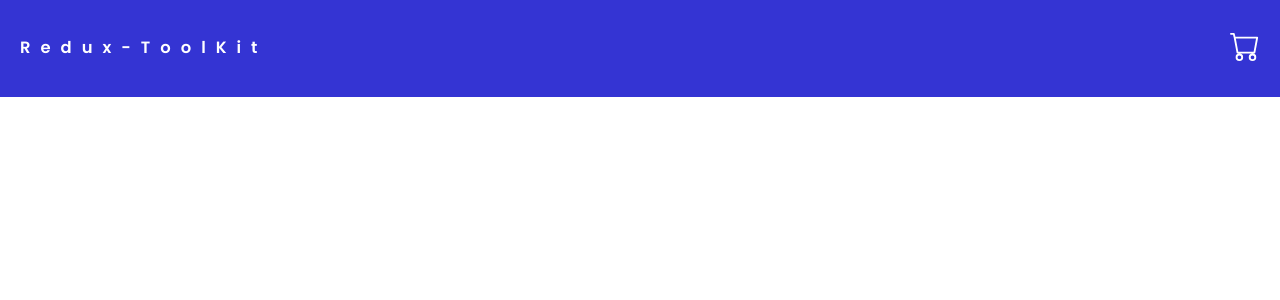
Repository: OmniaRafat232111121/shoppingCart
Page: /
These files come from the project's save history. The page is drawn as it stood at one moment and after the next save; the edit follows.
The browser window is 1280 px wide. The pictures show the whole page.
The project was rebuilt for these pictures with package versions that can differ from the ones it lists, and the page was loaded fresh each time. Also part of the build but not shown: src/App.css.

Above is the page before, as saved 2023-02-07 01:49:11.

After the next save:
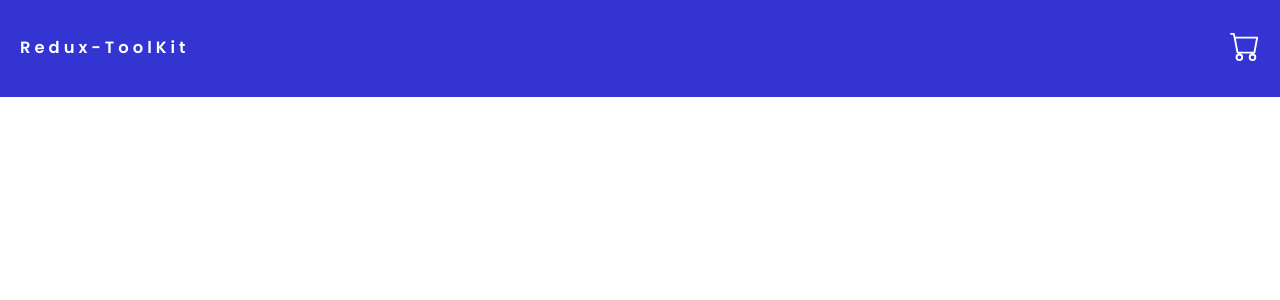
Saved 7 s later.
--- a/src/index.css
+++ b/src/index.css
@@ -20,5 +20,5 @@
   margin:0 auto;
 }
 .nav-center h3{
-  letter-spacing: 10px;
+  letter-spacing: 4px;
 }
